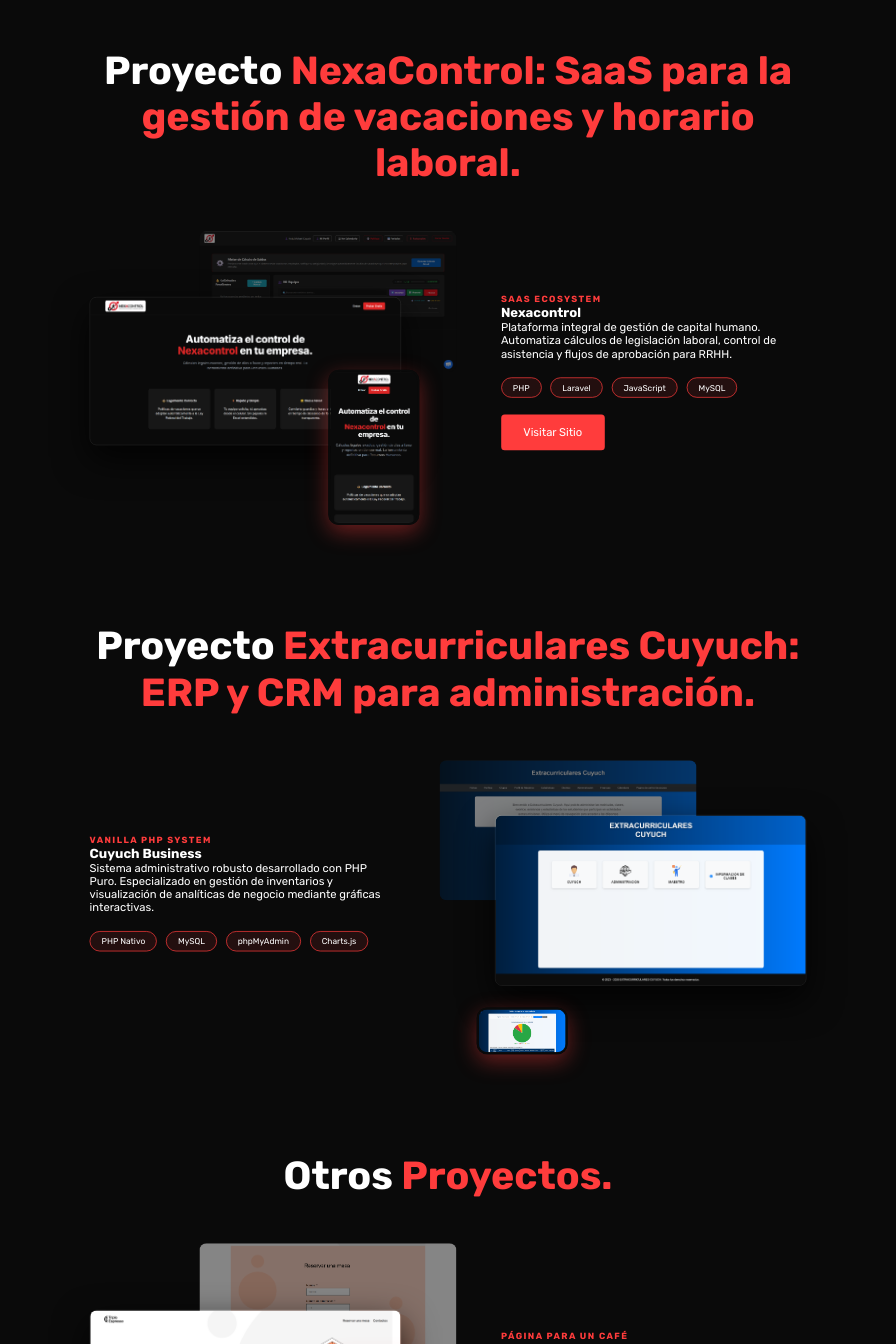
Repository: hercules830/Mi-portfolio-profesional
Page: index.html
An editor plug-in stored every save of this project. The page is shown before and after the next save, followed by the edit.
The browser window is 1280 px wide. The pictures show the part of the page from y = 1293 to 3213 px (the page is 4068 px tall), at 70% of full size.
Some web fonts or font styles are not loaded; a fallback is used.

Above is the page before, as saved 2026-05-30 20:40:06.

After the next save:
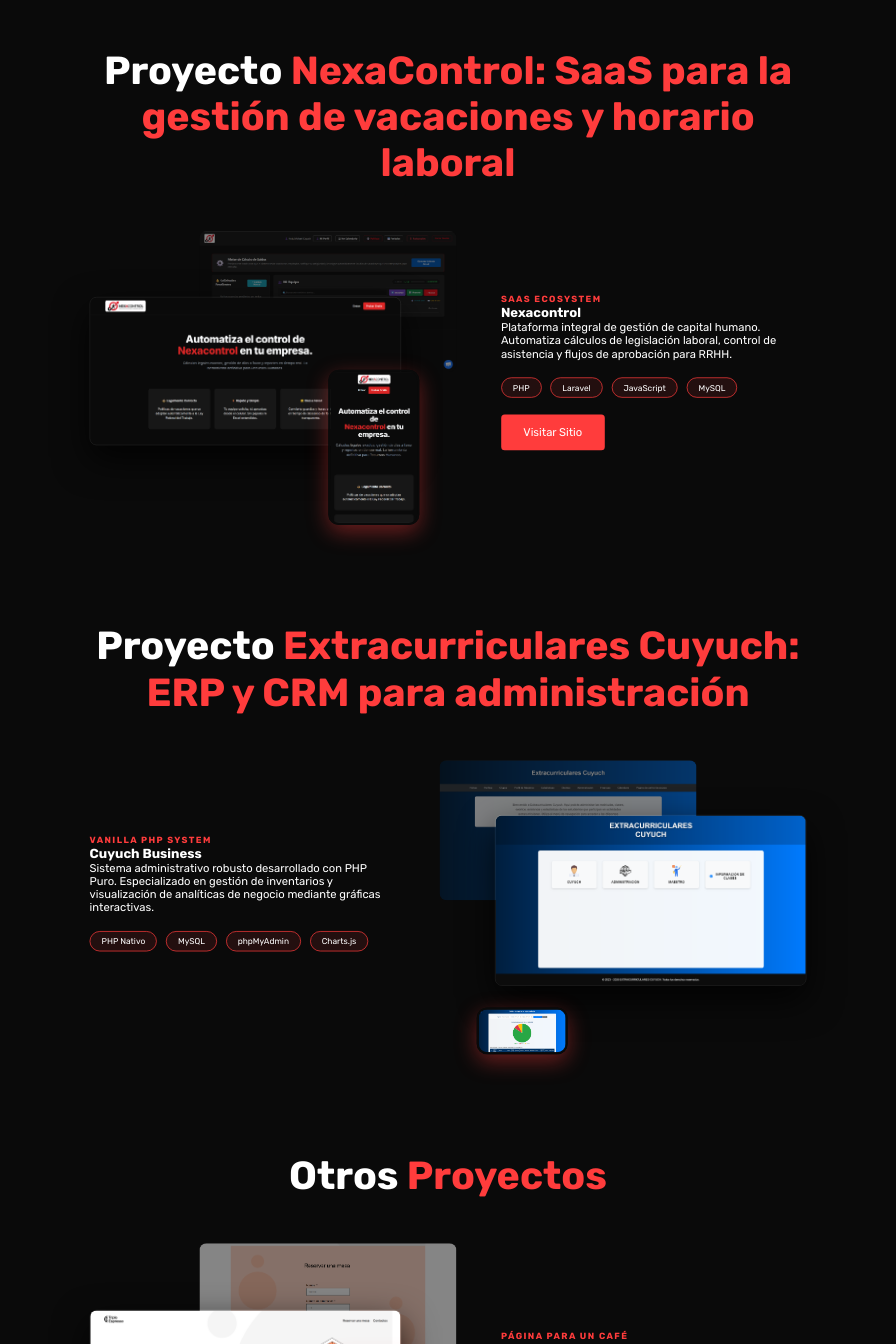
Saved 23 s later.
--- a/index.html
+++ b/index.html
@@ -59,7 +59,7 @@
         Proyecto
         <span
           >NexaControl: SaaS para la gestión de vacaciones y horario
-          laboral.</span
+          laboral</span
         >
       </h2>
 
@@ -107,7 +107,7 @@
 
       <h2 class="section-title">
         Proyecto
-        <span>Extracurriculares Cuyuch: ERP y CRM para administración.</span>
+        <span>Extracurriculares Cuyuch: ERP y CRM para administración</span>
       </h2>
       <!-- PROYECTO 2: CUYUCH (PHP Puro / Vanilla) -->
       <div class="featured-project reverse">
@@ -145,7 +145,7 @@
 
       <h2 class="section-title">
         Otros
-        <span>Proyectos.</span>
+        <span>Proyectos</span>
       </h2>
 
       <!-- PROYECTO 3: Triple Expresso (HTML, CSS) -->
